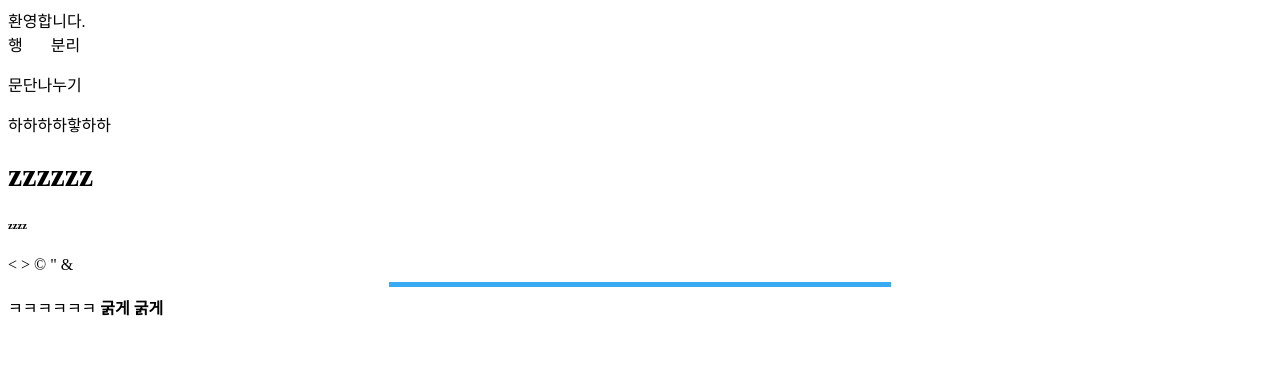
Repository: lsgsg/lsgsg
Page: wsou/webBasic/WebContent/bb.html
These files come from the project's save history. The page is drawn as it stood at one moment and after the next save; the edit follows.
The browser window is 1280 px wide. The pictures show the whole page.

Above is the page before, as saved 2018-08-14 03:06:35.

### wsou/webBasic/WebContent/bb.html
<!DOCTYPE html>
<html>
<head>
<meta charset="UTF-8">
<title>Insert title here</title>
</head>
<body>
환영합니다.<br>
<!-- 라인스킵이 목적이므로 </br> 생략 -->
<!-- html 주석 : html은 컴파일 한다 X; 파씽?한다 O -->
행 &nbsp;&nbsp;&nbsp;&nbsp;&nbsp;&nbsp;분리
<p>문단나누기</p>
하하하하핳하하
<h1>zzzzzz</h1>
<h6>zzzz</h6>
&lt; &gt; &copy; &quot; &amp;
<hr size = "5" width="500" color="#38abf3"> <!-- 수평선 -->
ㅋㅋㅋㅋㅋㅋ
<b>굵게</b>
<strong> 굵게 </strong>

</body>
</html>

After the next save:
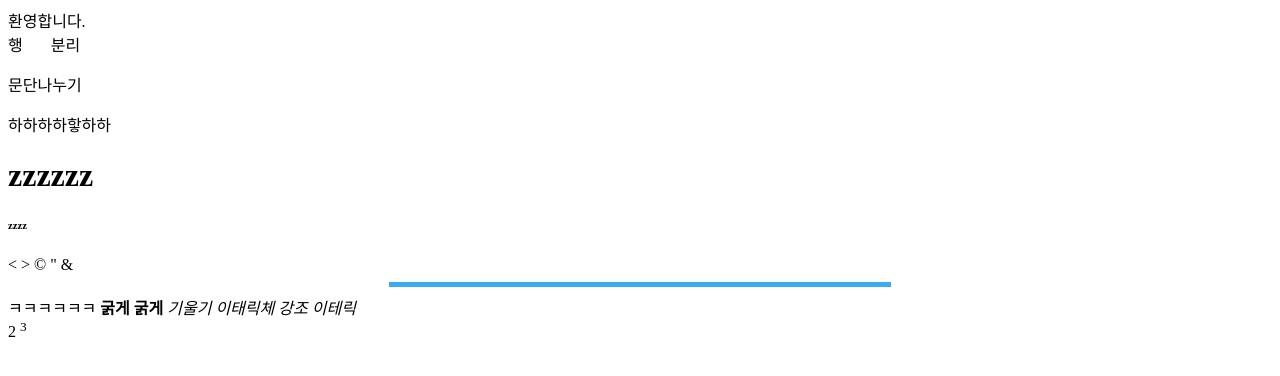
Saved 95 s later.
--- a/wsou/webBasic/WebContent/bb.html
+++ b/wsou/webBasic/WebContent/bb.html
@@ -18,6 +18,11 @@
 ㅋㅋㅋㅋㅋㅋ
 <b>굵게</b>
 <strong> 굵게 </strong>
+<i>기울기 이태릭체</i>
+<em>강조 이테릭</em>
+<br>
+2
+<sup>3</sup>
 
 </body>
 </html>
